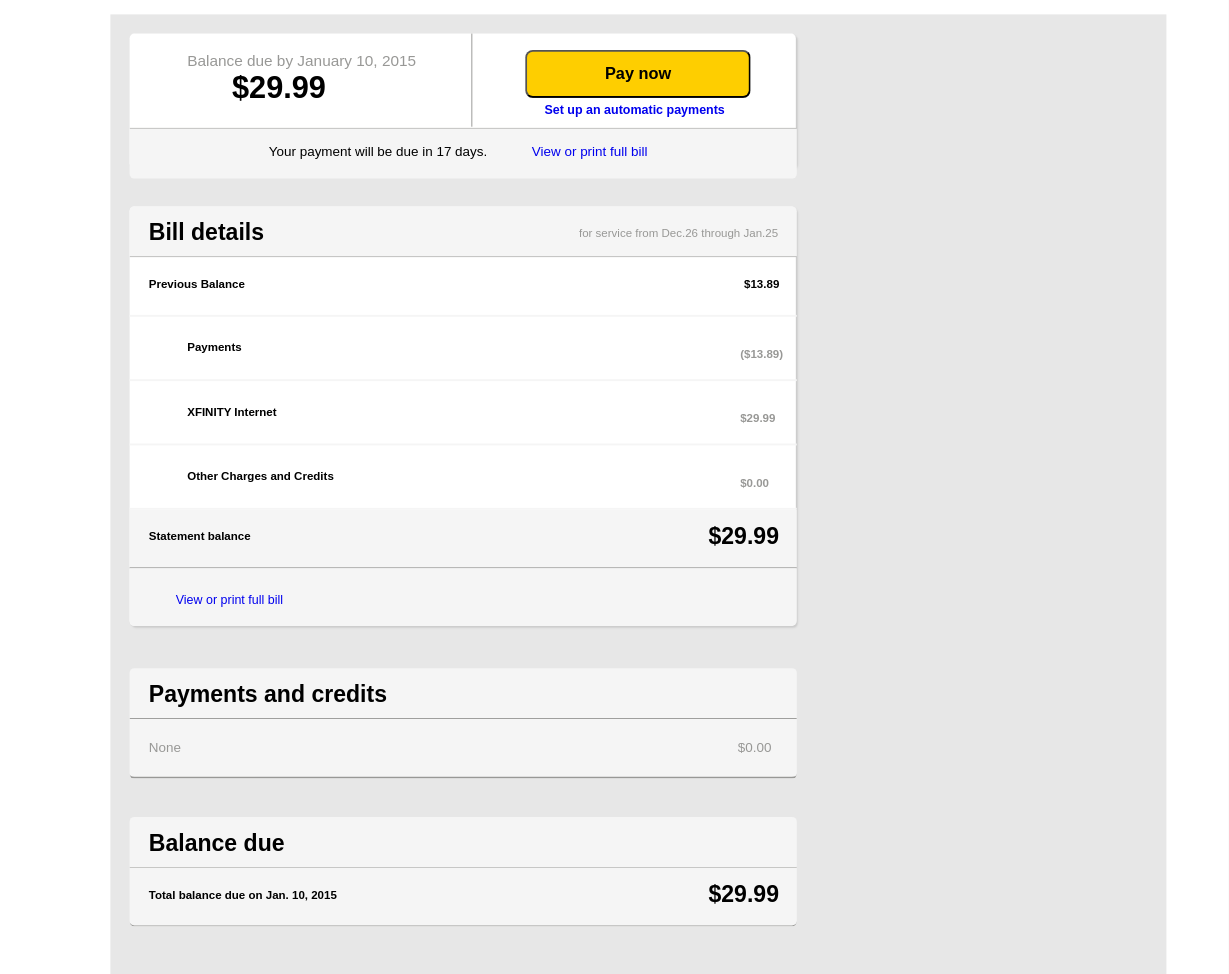
Repository: Sakivaday/UI-TSQ
Page: Aptana Studio 3 Workspace/tsq/assignment3/comcast2.html
An editor plug-in stored every save of this project. The page is shown before and after the next save, followed by the edit.
The browser window is 1280 px wide. The pictures show the whole page, at 96% of full size.
Pictures or frames that could not be fetched are drawn as grey boxes.

Above is the page before, as saved 2015-01-22 00:28:23.

### Aptana Studio 3 Workspace/tsq/assignment3/comcast2.html
<!DOCTYPE html>
<html lang="en">
	<head>


		<title>comcast2</title>
		<link href="comcst2.css" rel="stylesheet" type="text/css" media="all"/>
	</head>

	<body>
		<div class="bigbox">
			<div class="topleft1">

				<div class="cash">
					<p>Balance due by January 10, 2015</p>
					<h1>$29.99</h1>
				</div>
				<div class="pay">
					<button>Pay now</button>
					<a href="#">Set up an automatic payments</a>
				</div>
				<div class="days">
					<ul><li>
					<p>Your payment will be due in 17 days.
					<a href="#">View or print full bill</a></p>
				</li></ul>
				</div>
				</div>

			<div class="topleft2">
				<div class="billdetails">
					<h2>Bill details</h2>
					<div class="questionmark"></div>
					<p>for service from Dec.26 through Jan.25</p>
				</div>
			<div class="previousbalance">
				<p id="pb">Previous Balance</p>
				<p id="cc">$13.89</p>
			</div>
			<div class="rectbox1">
				<ul>
					<li>
						<div class="arrow"><p class="lft">Payments</p>
						</div>
						<p class="bill">($13.89)</p>
					</li></ul></div>

			<div class="rectbox1">	<ul>    <li>
						<div class="arrow"><p class="lft">XFINITY Internet</p>
						</div>
						<p class="bill">$29.99</p>
			</li></ul></div>
			<div class="rectbox1"><ul>		<li>
						<div class="arrow"><p class="lft">Other Charges and Credits</p>
						</div>
						<p class="bill">$0.00</p>
			</li></ul></div>
		<div class="statement">
					<p id="sb">Statement balance</p>
					<h2 id="p">$29.99</h2>
				</div>
				<div class="lst">
				<div class="pd">
					<a href="#">View or print full bill</a>
				</div></div>
			</div>
		<div class="payments">
					<h2>Payments and credits</h2>
					<div class="questionmark"></div>
				</div>
		<div class="none">
				<p id="no">None</p>
				<p id="cash">$0.00</p>
			</div>
		<div class="balance">
					<h2>Balance due</h2>
					<div class="questionmark"></div>
				</div>
		<div class="totalbalance">
					<p id="tb">Total balance due on Jan. 10, 2015</p>
					<h2 id="dollar">$29.99</h2>
				</div>








		</div>



	</body>
</html>

### Aptana Studio 3 Workspace/tsq/assignment3/comcst2.css
*{
	padding:0px;
	margin:0px;
	font-family: "Arial";
	text-decoration: none;
	list-style: none;
}
.bigbox {
	width:1100px;
	height: 1000px;
	margin-left:115px;
	margin-top: 15px;
	background-color: #e7e7e7;
}
.topleft1{
	width: 694px;
	height: 140px;
	background-color: white;
	box-shadow: 2px 2px 2px #cacaca;
	border-radius: 5px;
	margin-left: 20px;
	margin-top: 20px;
	display: inline-block;
}
.cash{
	float:left;
	margin-left: 30px;
	margin-top:20px;
	width: 47%;
}
.cash p{
	color: #989896;
	margin-left: 30px;
}
.cash h1{
	text-align: center;
	margin-left: -75px;
}
button{
	background-color: #fece00;
	width: 235px;
	height: 50px;
	border-radius: 8px;
	font-weight: bold;
	font-size: 17px;
	float:left;
	margin-left: 55px;
	margin-top: 17px;
}
.pay a{
	font-size: 13px;
	font-weight:600;
	margin-left: 75px;
	padding-top: 5px;
	padding-bottom: 10px;
	display: inline-block;
}
.pay{
	width: 47%;
	float:left;
	border-left: 1px solid #989896;
}
.days{
	background-color: #F5F5F5;
	border-top: 1px solid #989896;
	height: 52px;
	width: 695px;
	margin-top: 98px;
	border-radius: 0px 0px 5px 5px;
}
.days ul li p{
	margin-left: 145px;
	margin-top: 16px;
	font-size: 14px;
}
.days ul li a{
	font-size:14px;
	margin-left: 274px;
    display:inherit;
    margin-top: -17px;
}
.pdf{
	margin-left: 500px;
	margin-top: 16px;
	font-size: 14px;
}
.topleft2{
	width: 694px;
	background-color: white;
	box-shadow: 2px 2px 2px #cacaca;
	border-radius: 5px;
	margin-left: 20px;
	margin-top: 40px;
	display: inline-block;
}
.billdetails{
    background-color: #F5F5F5;
	border-bottom: 1px solid #989896;
	height: 52px;
	width: 695px;
	border-radius: 5px 5px 0px 0px;
}
.billdetails h2{
	margin-top: 13px;
	margin-left: 20px;
	float: left;
}
.questionmark{
	background: url('pictures/sprite.png') no-repeat;
	width:14px;
	height:14px;
	background-position: -200px -1300px;
	float: left;
	margin-top: 21px;
	margin-left: 10px;
}
.billdetails p{
	margin-top: -14px;
	margin-left: 328px;
	float:left;
	font-size: 12px;
	color: #989896;
}
.previousbalance{
	border-bottom: 2px solid #F5F5F5;
	height: 60px;
	width: 695px;
}
#pb{
	margin-left:20px;
	margin-top: 21px;
	font-weight:600;
	float:left;
	font-size: 12px;
}
#cc{
	margin-left:520px;
	margin-top: 21px;
	font-weight:600;
	float: left;
	font-size: 12px;
}
.arrow{
	background: url('pictures/sprite.png') no-repeat;
	width:23px;
	height:23px;
	background-position: -101px -500px;
	float: left;
	margin-top: 21px;
	margin-left: 20px;
}
.lft{
	float: left;
	margin-top: 4px;
	margin-left: 40px;
	font-weight:600;
	font-size: 12px;
	width: 160px;
}
.bill{
	float: left;
	margin-top: -12px;
	margin-left: 636px;
	font-weight:600;
	font-size: 12px;
	color: #989896;
	display:inline-block;
}
.rectbox1{
	border-bottom: 2px solid #F5F5F5;
	height: 65px;
	width: 695px;
}
.statement{
	border-bottom: 1px solid #989896;
	height: 60px;
	width: 695px;
	background-color: #F5F5F5;
}
#sb{
	margin-left:20px;
	margin-top: 21px;
	font-weight:600;
	float:left;
	font-size: 12px;
}
#p{
	margin-left: 603px;
	margin-top: -21px;
	float: left;
}
.lst{
	height: 60px;
	width: 695px;
	background-color: #F5F5F5;
	border-radius: 0px 0px 5px 5px;
}
.pd{
	background: url('pictures/sprite.png') no-repeat;
	width:22px;
	height:27px;
	background-position: -252px -300px;
	float: left;
	margin-top: 21px;
	margin-left: 10px;
}
.lst .pd a{
	float: left;
	margin-left: 38px;
	margin-top: 4px;
	font-size: 13px;
	width: 140px;
}
.payments{
    background-color: #F5F5F5;
	border-bottom: 1px solid #989896;
	height: 52px;
	width: 695px;
	border-radius: 5px 5px 0px 0px;
	margin-left:20px;
	margin-top: 40px;
}
.payments h2{
	margin-top: 13px;
	margin-left: 20px;
	float: left;
}
.none{
	background-color: #F5F5F5;
	border-bottom: 2px solid #989896;
	height: 60px;
	width: 695px;
	border-radius: 0px 0px 5px 5px;
	margin-left:20px;
}
#no{
	margin-left:20px;
	margin-top: 21px;
	color:#989896;
	float:left;
	font-size: 14px;
}
#cash{
	margin-left:580px;
	margin-top: 21px;
	color:#989896;
	float: left;
	font-size: 14px;
}
.balance{
    background-color: #F5F5F5;
	border-bottom: 1px solid #989896;
	height: 52px;
	width: 695px;
	border-radius: 5px 5px 0px 0px;
	margin-left:20px;
	margin-top: 40px;
}
.balance h2{
	margin-top: 13px;
	margin-left: 20px;
	float: left;
}
.totalbalance{
	border-bottom: 1px solid #989896;
	height: 60px;
	width: 695px;
	background-color: #F5F5F5;
	border-radius: 0px 0px 5px 5px;
	margin-left: 20px;
}
#tb{
	margin-left:20px;
	margin-top: 21px;
	font-weight:600;
	float:left;
	font-size: 12px;
}
#dollar{
	margin-left: 603px;
	margin-top: -21px;
	float: left;
}

After the next save:
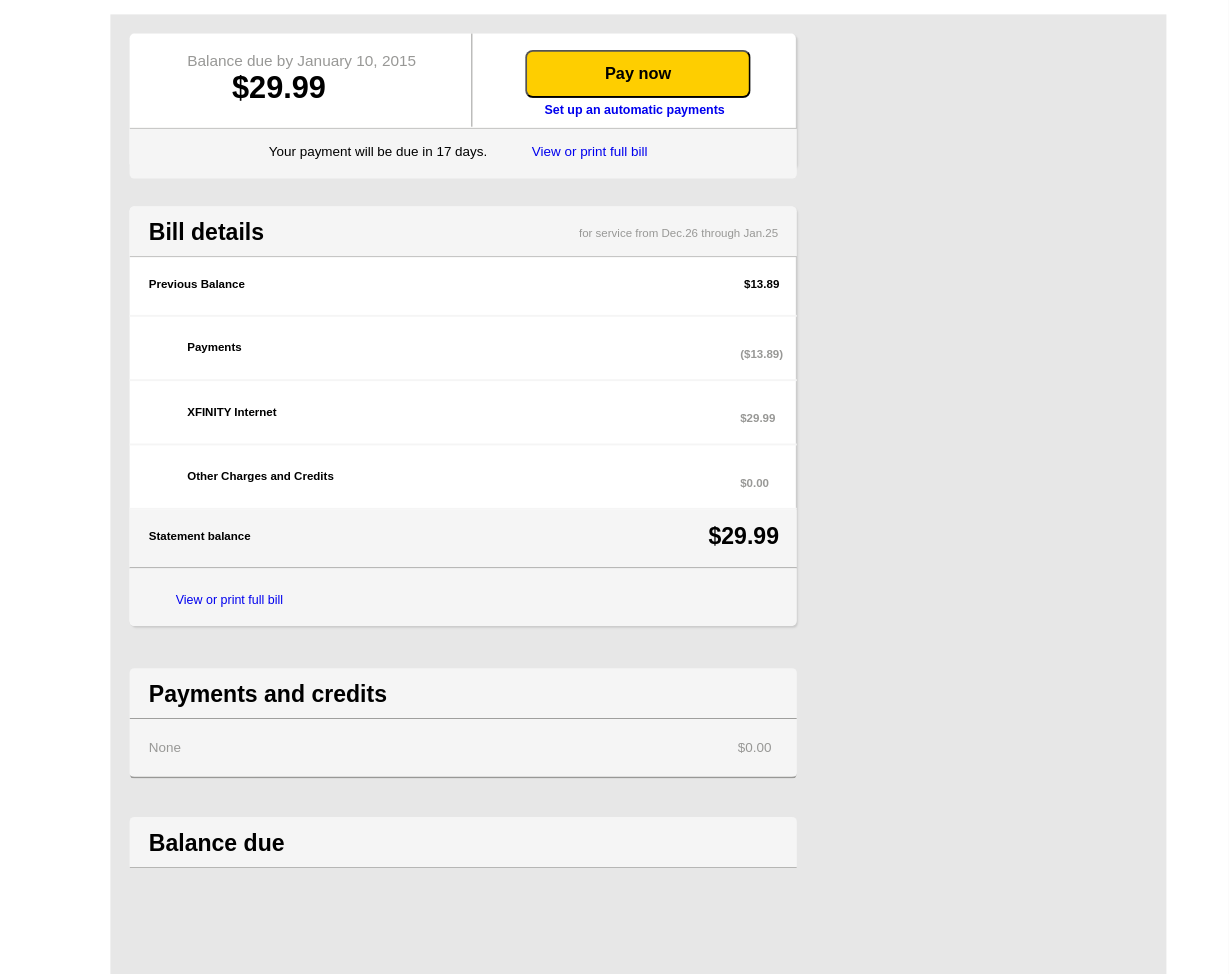
Saved 50 s later.
--- a/Aptana Studio 3 Workspace/tsq/assignment3/comcast2.html
+++ b/Aptana Studio 3 Workspace/tsq/assignment3/comcast2.html
@@ -76,10 +76,6 @@
 					<h2>Balance due</h2>
 					<div class="questionmark"></div>
 				</div>
-		<div class="totalbalance">
-					<p id="tb">Total balance due on Jan. 10, 2015</p>
-					<h2 id="dollar">$29.99</h2>
-				</div>
 
 
 

After the save that followed:
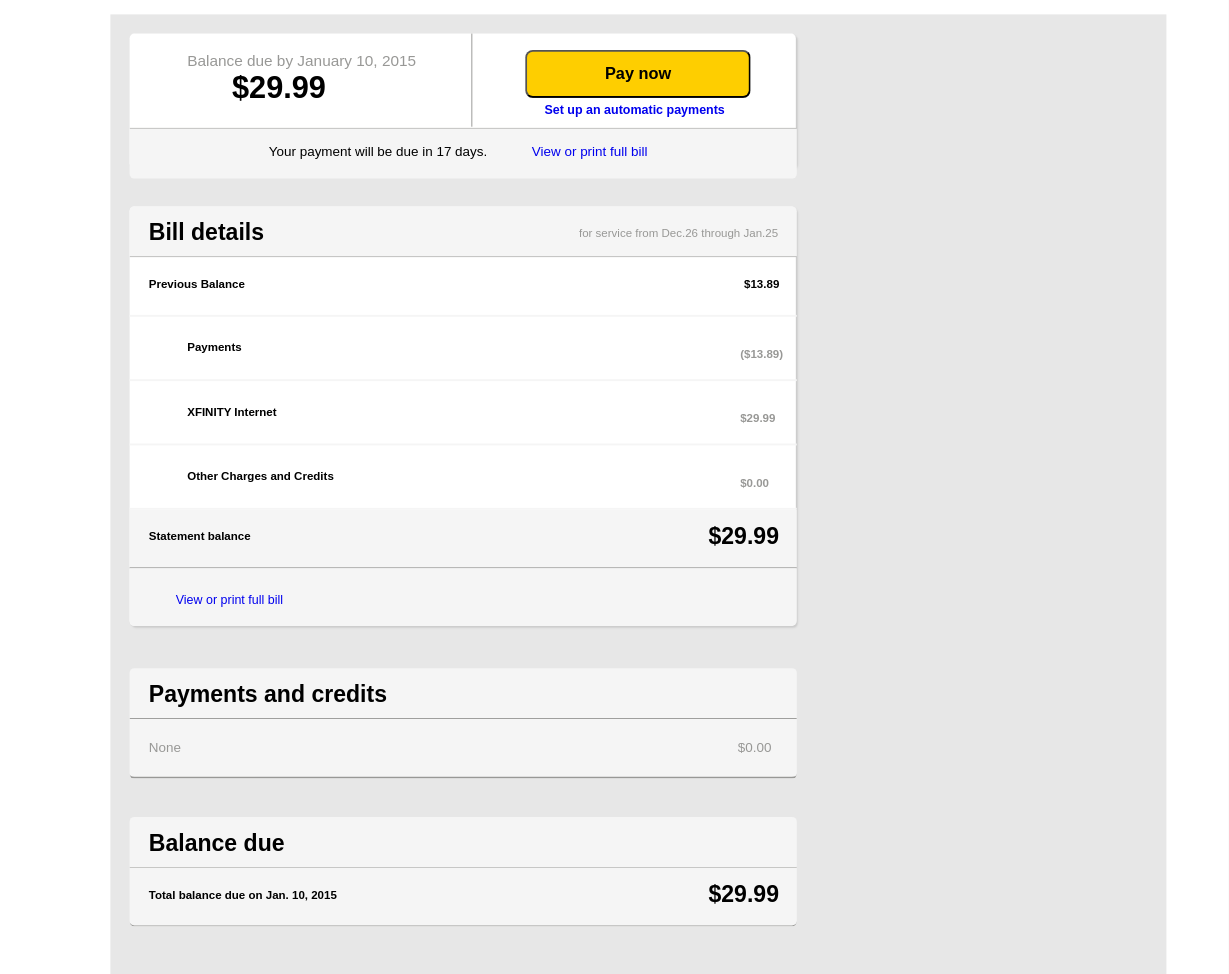
Saved 40 s later.
--- a/Aptana Studio 3 Workspace/tsq/assignment3/comcast2.html
+++ b/Aptana Studio 3 Workspace/tsq/assignment3/comcast2.html
@@ -76,7 +76,10 @@
 					<h2>Balance due</h2>
 					<div class="questionmark"></div>
 				</div>
-
+		<div class="totalbalance">
+					<p id="tb">Total balance due on Jan. 10, 2015</p>
+					<h2 id="dollar">$29.99</h2>
+				</div>
 
 
 
